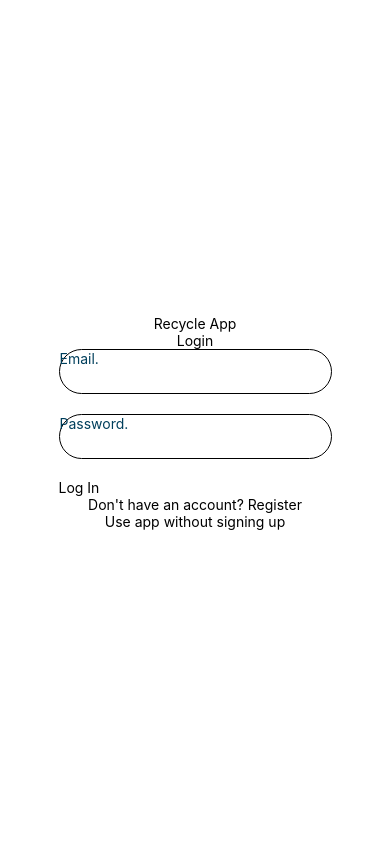
Repository: ct-pham/COMP4511
Screen: / (app in comp4511/)
The author's editor kept a copy of each file at every save. The screen is drawn from the files as they stood at one save, then again after a run of saves.
The app was drawn by React Native's web renderer in a window 390 px wide. The project was rebuilt for these pictures with package versions that can differ from the ones it lists, and the page was loaded fresh each time.

Above is the screen before, as saved 2022-11-07 15:34:54.

After the next 2 saves:
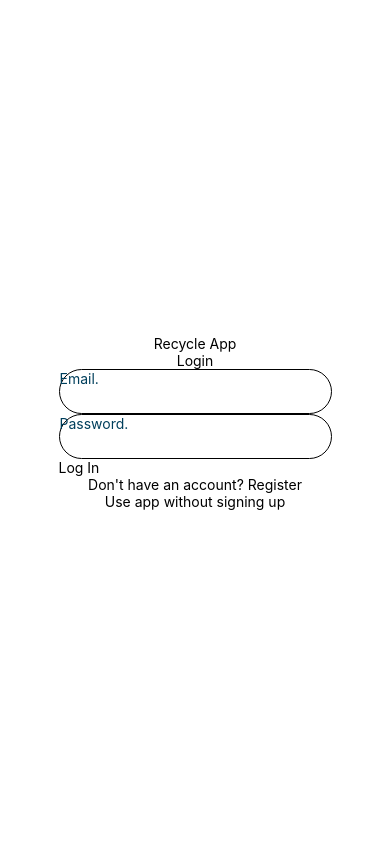
The 2 saves are shown as one change because they came seconds apart.
The last was saved 13 s later.
--- a/comp4511/Components/Login.js
+++ b/comp4511/Components/Login.js
@@ -63,7 +63,6 @@ const styles = StyleSheet.create({
         borderColor: '#000000',
         width: '70%',
         height: 45,
-        marginBottom: 20,
     },
     button: {
         width: '70%',
